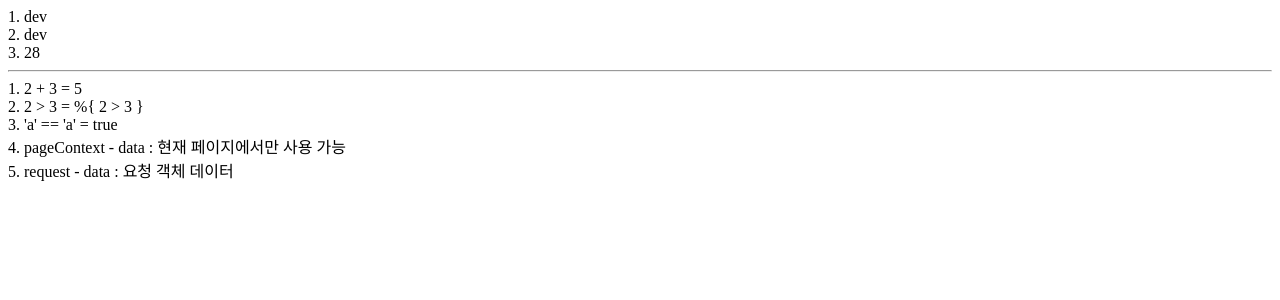
Repository: NewParkk/MultiStudy
Page: http://localhost/step06_jsp/step01_scripting.jsp
The author's editor kept a copy of each file at every save. The page is drawn from the files as they stood at one save, then again after the next save.
The browser window is 1280 px wide. The pictures show the whole page.
The page is served by Tomcat 9.

Above is the page before, as saved 2023-12-28 04:47:03.

After the next save:
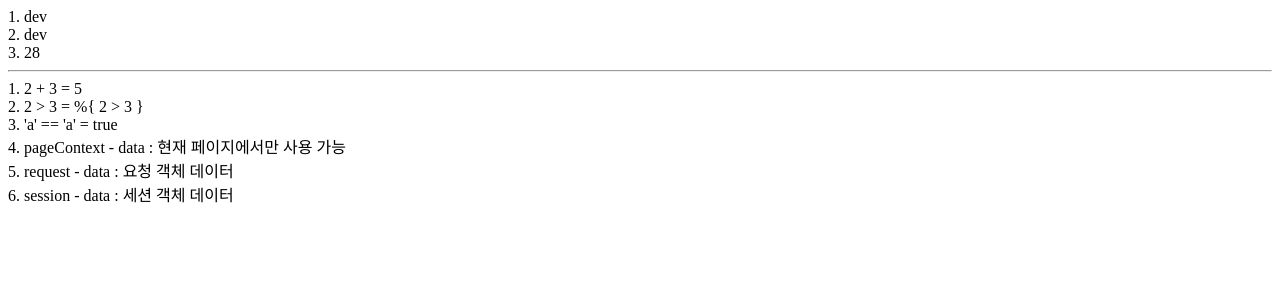
Saved 25 s later.
--- a/04.web/step06_jsp/WebContent/step01_scripting.jsp
+++ b/04.web/step06_jsp/WebContent/step01_scripting.jsp
@@ -31,7 +31,7 @@
 %>
 4. pageContext - data : ${pageScope.pageData} <br/>
 5. request  - data : ${requestScope.reqData} <br/>
-
+6. session - data : ${sessionScope.sessionData} <br/>
 
 
 
